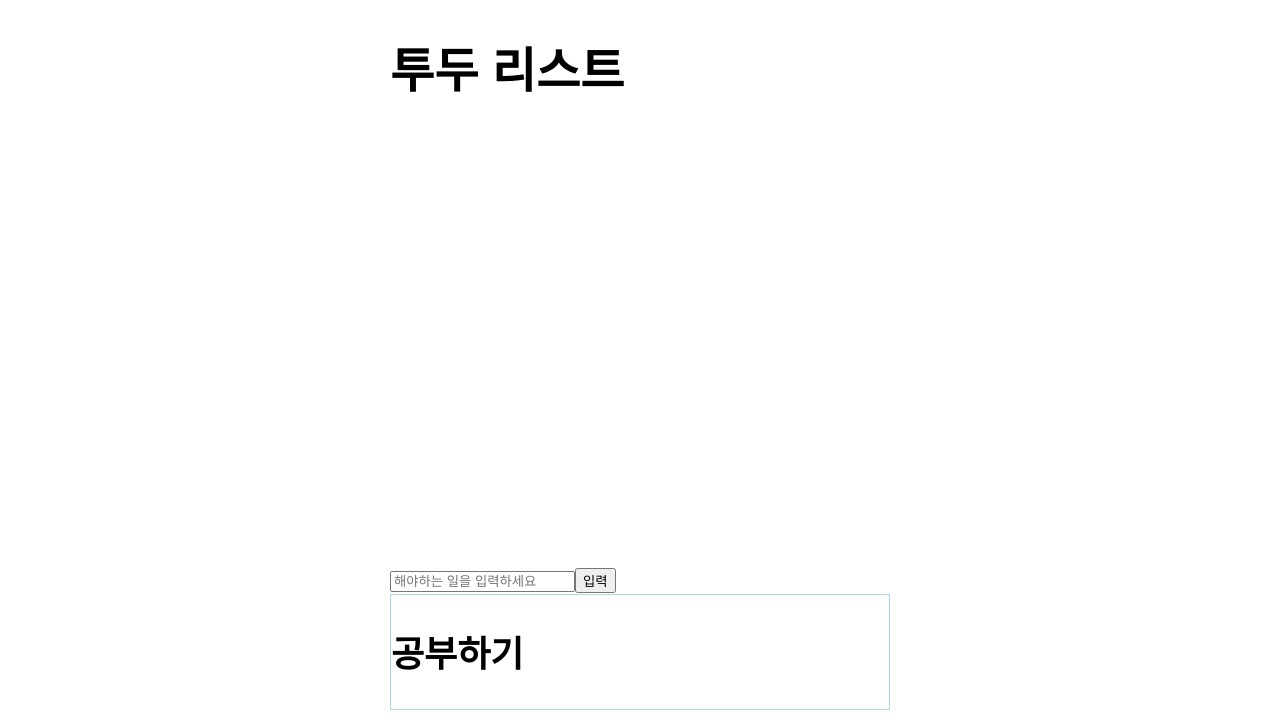
Repository: jun01270/Todo-List_React
Page: /
The author's editor kept a copy of each file at every save. The page is drawn from the files as they stood at one save, then again after the next save.
The browser window is 1280 px wide. The pictures show the whole page.
The project was rebuilt for these pictures with package versions that can differ from the ones it lists, and the page was loaded fresh each time.

Above is the page before, as saved 2023-01-02 13:48:57.

After the next save:
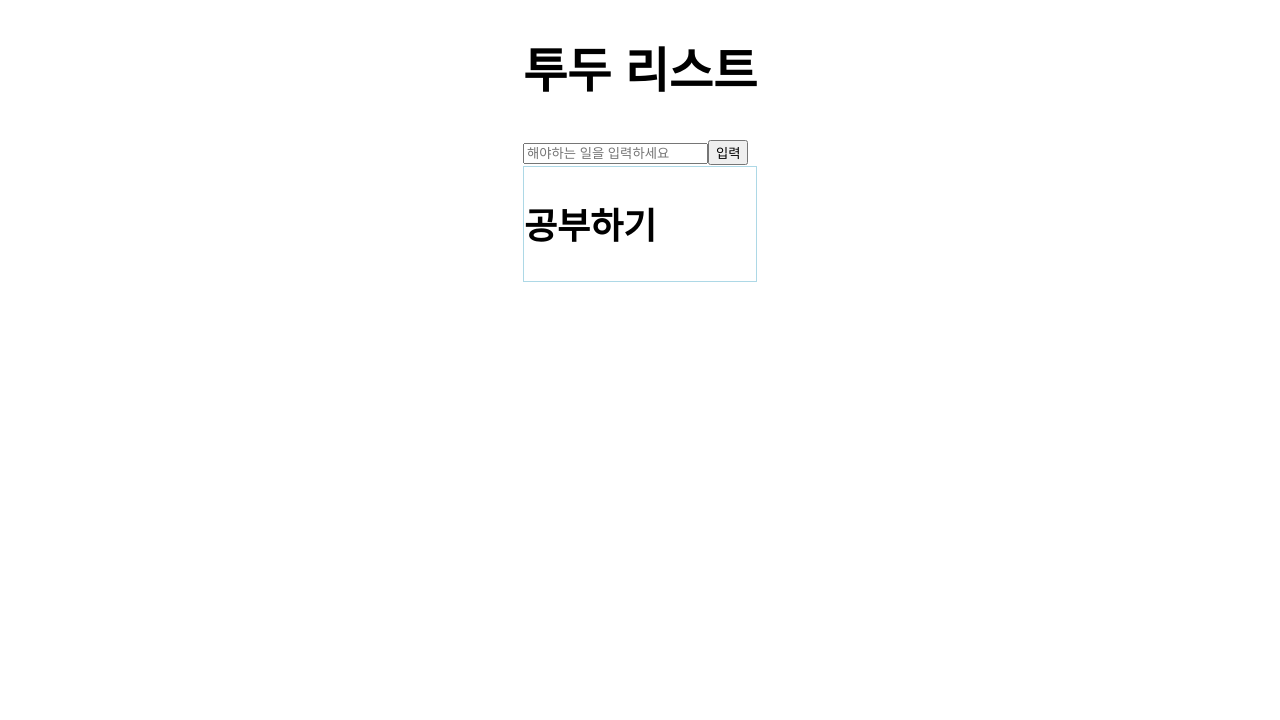
Saved 8 s later.
--- a/src/App.css
+++ b/src/App.css
@@ -9,8 +9,8 @@
 }
 
 .todo-title {
-  width: 500px;
-  height: 500px;
+  /* width: 500px;
+  height: 500px; */
   font-family: "Nanum Pen Script", cursive;
 }
 
